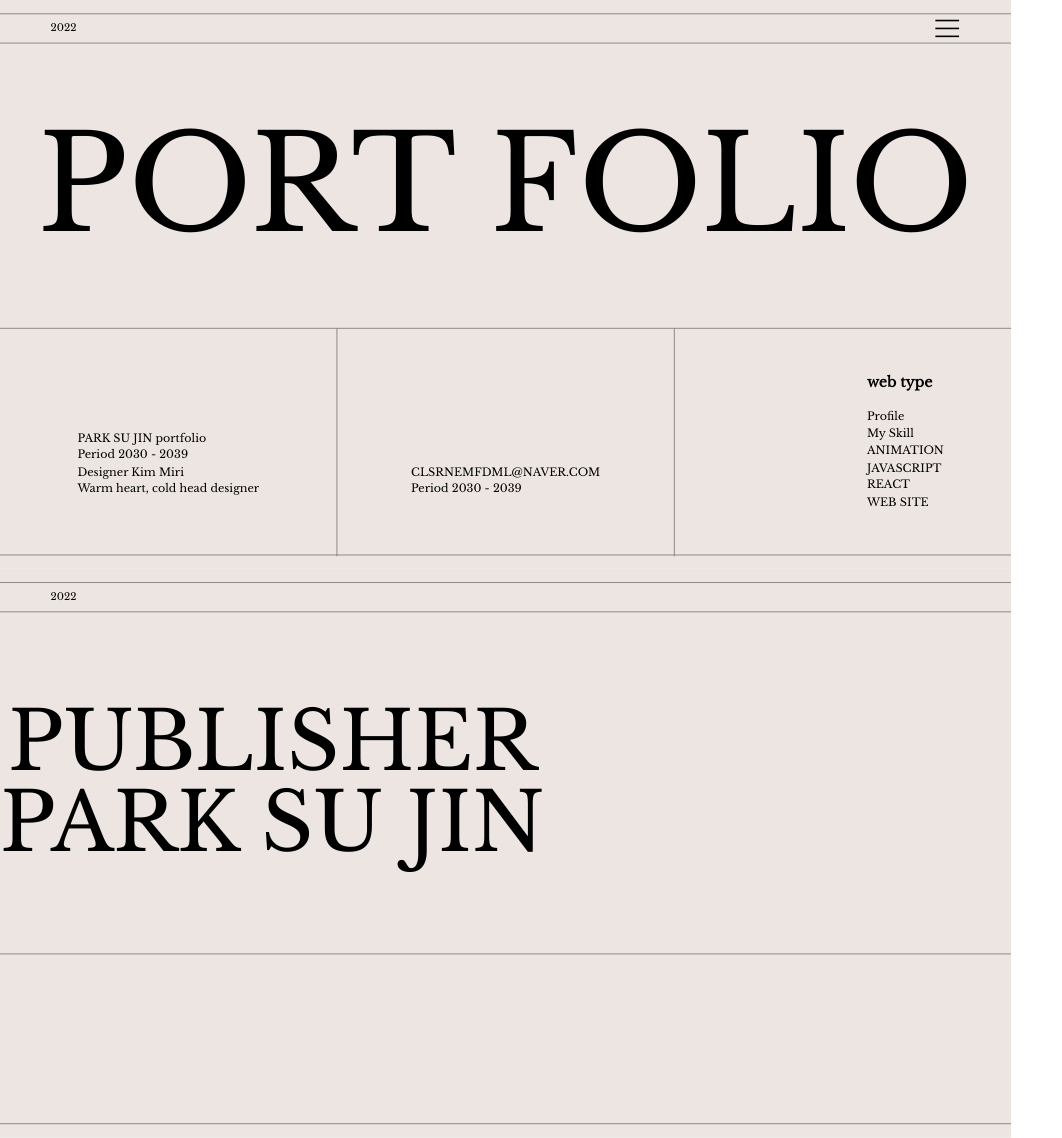
Repository: clsrnemfdml/portfolio_parksj_versiton1
Page: index.html
These files come from the project's save history. The page is drawn as it stood at one moment and after a run of saves; the edit follows.
The browser window is 1280 px wide. The page is 1280 px wide, then 1344 px, so the pictures cover 1344 px, including what lies to the right of the window. The pictures show the whole page, at 79% of full size.

Above is the page before, as saved 2021-09-14 08:22:01.

### index.html
<!DOCTYPE html>
<html lang="en">
<head>
    <meta charset="UTF-8">
    <meta http-equiv="X-UA-Compatible" content="IE=edge">
    <meta name="viewport" content="width=device-width, initial-scale=1.0">
    <title>parkjs portfolio</title>
    <meta name="descripsion" content="박수진의 포트폴리오 입니다.">
    <link rel="stylesheet" href="css/reset.css">
    <link rel="stylesheet" href="css/index.css">
    <style> @import url('https://fonts.googleapis.com/css2?family=Libre+Baskerville&display=swap');</style>
    <script src="js/index.js"></script>

</head>
<body>
    <div class="clickMenu">
        <div class="wrap_portFolio">
            <ul>
                <li>1. MY SKILL</li>
                <li>2. ANIMATION</li>
                <li>3. JAVASCRIPT</li>
                <li>4. REACT</li>
                <li>5. WEB SITE</li>
            </ul>
        </div>
    </div>
    <div id="wrap">
        <section id="section1">
            <div class="wrap_portFolio">
                <div class="menu">
                    <p>2022</p>
                    <span>
                    </span>
                </div>
                <div class="content">
                    <h6>PORT FOLIO</h6>
                </div>
                <div class="content_bottom">
                    <div class="rsum1">
                        <p>PARK SU JIN portfolio<br>
                        Period  2030 - 2039<br>
                        Designer   Kim Miri<br>
                        Warm heart, cold head designer</p>
                    </div>
                    <div class="rsum2">
                        <p>CLSRNEMFDML@NAVER.COM<br>
                        Period  2030 - 2039</p>
                    </div>
                    <div class="rsum3">
                        <ul>
                            <li class="fitst_write">web type</li>
                            <li>Profile</li>
                            <li>My Skill</li>
                            <li>ANIMATION</li>
                            <li>JAVASCRIPT</li>
                            <li>REACT</li>
                            <li>WEB SITE</li>
                        </ul>
                    </div>
                </div>
            </div>
        </section>
        <section id="section2">
            <div class="wrap_portFolio">
                <div class="menu">
                    <p>2022</p>
                    <span>
                    </span>
                </div>
                <div class="content">
                    <div>
                        <p>PUBLISHER<br>
                            PARK <span>SU JIN</span></p>
                        </p>
                    </div>



                </div>
            </div>
        </section>
    </div>



</body>
</html>

### css/index.css


#wrap{width: 100%; height: auto;}



/* menu */
/* .clickMenu{height: 100vh; width: 100%; background: #ECE5E1;
    font-family: 'Libre Baskerville', serif; position: absolute;
z-index: 99999;} */

.clickMenu .wrap_portFolio{
    width: 100%;
    height: 95vh;
    position: absolute;
    top: 50%;
    transform: translateY(-50%);
    border-bottom: 1px solid #767371;
    border-top: 1px solid #767371;
}

.clickMenu .wrap_portFolio ul{width: 100%; height: 100%;}
.clickMenu .wrap_portFolio ul li{height: calc(100%/5); width: 100%; border-bottom: 1px solid #767371;
    font-size: 6vw;
    text-align: center;
    display: flex;
    align-items: center;
    justify-content: center;
}
.clickMenu .wrap_portFolio ul li:nth-child(2n){
   color: #ECE5E1;
   text-shadow: -1px 0 #000000, 0 1px #000000, 2px 0 #000000, 0 -1px #000000;
}
.clickMenu .wrap_portFolio ul li:last-child{height: calc(100%/5); width: 100%; border-bottom: 0}



/*section1 */
#wrap #section1{height: 100vh; width: 100%; background: #ECE5E1;
    font-family: 'Libre Baskerville', serif; position: relative;}

#wrap #section1 .wrap_portFolio{
    width: 100%;
    height: 95vh;
    position: absolute;
    top: 50%;
    transform: translateY(-50%);
    border-bottom: 1px solid #767371;
    border-top: 1px solid #767371;
}

#wrap #section1 .menu{
    width: 100%;
    height: 5vh;
    border-bottom: 1px solid #767371;
    position: relative;
    font-size: 1vw;

}
#wrap #section1 .menu p{
    padding-left: 5%;
    position: absolute;
    top: 50%;
    transform: translateY(-50%);
}
#wrap #section1 .menu span{
    display: block;
    position: absolute;
    right: 4%;
    top: 50%;
    transform: translate(-50%, -50%);
    width: 30px;
    height: 2px;
    background: rgb(0, 0, 0);
    float: right;
}
    #wrap #section1 .menu span::before{
    content: '';
    width: 30px;
    height: 2px;
    background: rgb(0, 0, 0);
    position: absolute;
    left: 0;
    bottom: 10px;
    transform: rotate(0deg);
    transition-duration: .3s;
}
    #wrap #section1 .menu span::after{
        content: '';
        width: 30px;
        height: 2px;
        background: rgb(0, 0, 0);
        position: absolute;
        left: 0;
        top: 10px;
        transform: rotate(0deg);
        transition-duration: .3s;
    }

    #wrap #section1 .content{
        height: 50vh;
        position: relative;
        width: 100%;
        font-size: 13vw;
        text-align: center;
        border-bottom: 1px solid #767371;


    }
    #wrap #section1 .content h6{
        position: absolute;
        width: 100%;
        top: 50%;
        left: 50%;
        transform: translate(-50% , -50%);
        font-weight: 300;
    }

    #wrap #section1 .content_bottom{
        width: 100%;
        height: 40vh;
        position: absolute;
        display: flex;
    }


    #wrap #section1 .content_bottom > div{
        width: 33.333%;
        height: auto;
        font-size: 1.1vw;





    }
    #wrap #section1 .content_bottom > div p{
        padding-bottom: 10px;
    }

    #wrap #section1 .content_bottom .rsum1{
        border-right: 1px solid #767371;
        display: flex;
        justify-content: center;
        align-items: flex-end;
        line-height: 3vh;
        padding-bottom: 5%;


    }
    #wrap #section1 .content_bottom .rsum2{
        border-right: 1px solid #767371;
        display: flex;
        justify-content: center;
        align-items: flex-end;
        line-height: 3vh;
        padding-bottom: 5%;
    }

    #wrap #section1 .content_bottom .rsum3{
        display: flex;
        justify-content: end;
        align-items: center;
        line-height: 3vh;
    }
    #wrap #section1 .content_bottom .rsum3 ul{
        padding: 0 20%;
    }

    #wrap #section1 .content_bottom .rsum3 .fitst_write{
        font-weight: bold;
        font-size: 1.4vw;
        padding-bottom: 3vh;
    }


    /*section1 */
    #wrap #section2{height: 100vh; width: 100%; background: #ECE5E1;
    font-family: 'Libre Baskerville', serif; position: relative;}

    #wrap #section2 .wrap_portFolio{
        width: 100%;
        height: 95vh;
        position: absolute;
        top: 50%;
        transform: translateY(-50%);
        border-bottom: 1px solid #767371;
        border-top: 1px solid #767371;
    }

    #wrap #section2 .menu{
        width: 100%;
        height: 5vh;
        border-bottom: 1px solid #767371;
        position: relative;
        font-size: 1vw;

    }

    #wrap #section2 .menu p{
        padding-left: 5%;
        position: absolute;
        top: 50%;
        transform: translateY(-50%);
    }


    #wrap #section2 .content div{
        height: 60vh;
        position: relative;
        width: 100%;
        font-size: 8vw;
        text-align: center;
        border-bottom: 1px solid #767371;
        display: flex;
        align-items: center;
        justify-content: flex-start;


    }

Loaded but not shown: css/reset.css (common file); js/index.js (no stored copy; drawn as an empty file)

After the next 2 saves:
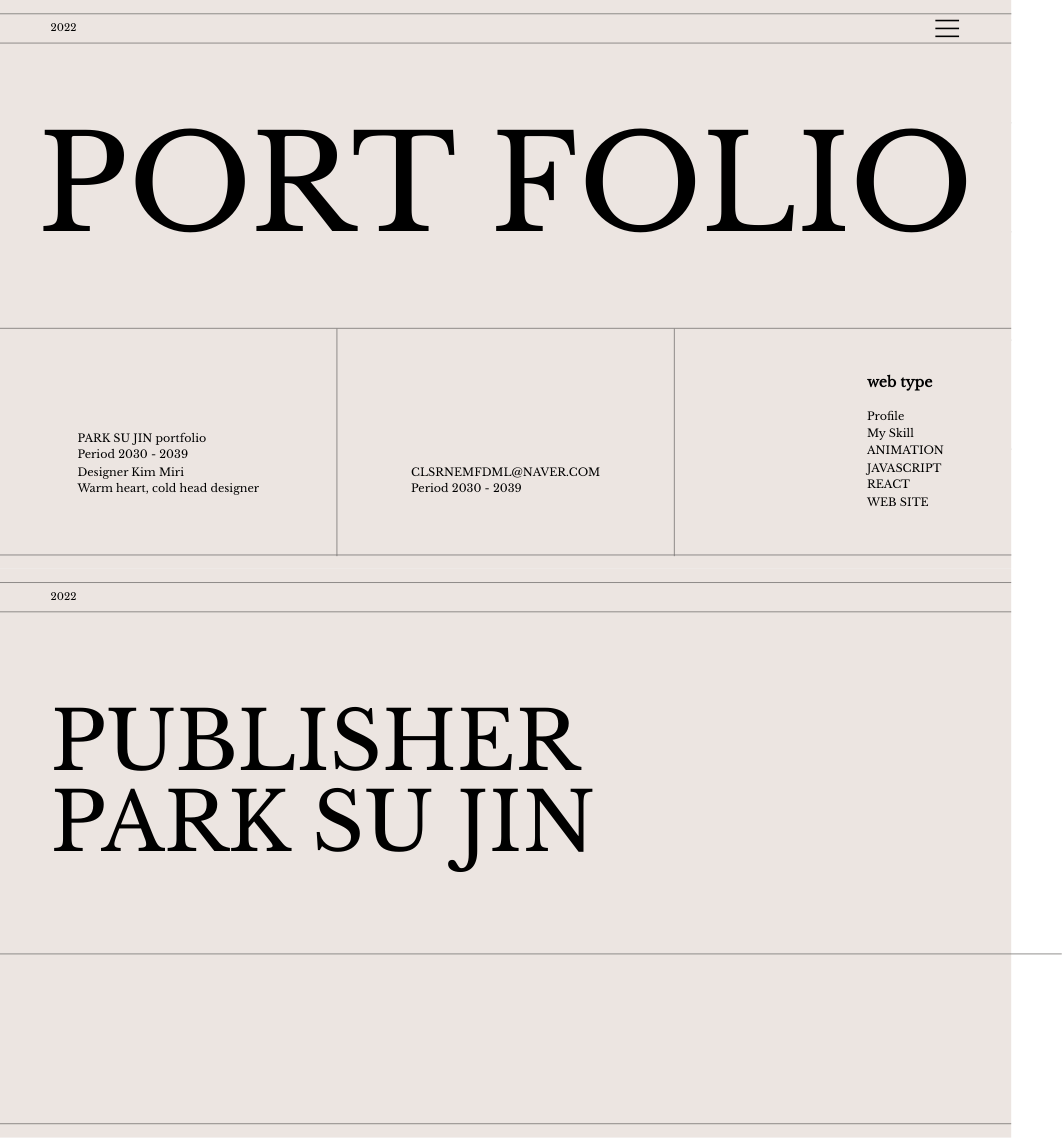
The 2 saves are shown as one change because they came seconds apart.
The last was saved 40 s later.
--- a/css/index.css
+++ b/css/index.css
@@ -210,11 +210,11 @@ z-index: 99999;} */
         position: relative;
         width: 100%;
         font-size: 8vw;
-        text-align: center;
         border-bottom: 1px solid #767371;
         display: flex;
         align-items: center;
         justify-content: flex-start;
-
-
-    }
+        padding-left: 5%;
+
+
+    }
